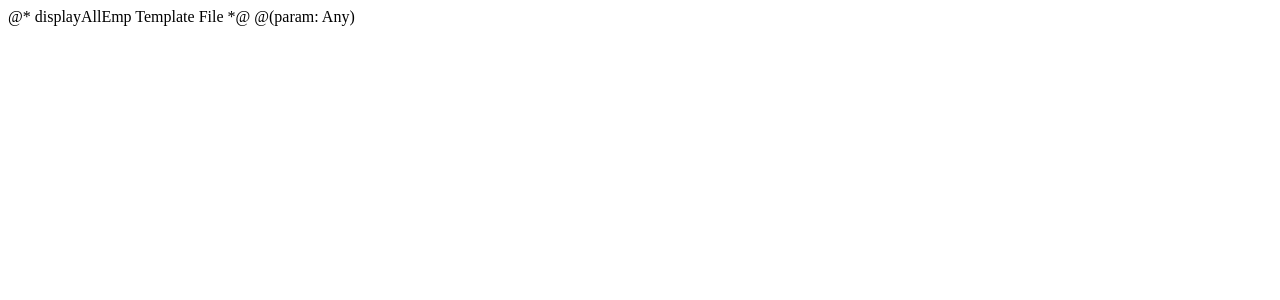
Repository: PoonamDeokar/SalesTool
Page: CrudDemo/app/views/displayAllEmp.scala.html
The author's editor kept a copy of each file at every save. The page is drawn from the files as they stood at one save, then again after the next save.
The browser window is 1280 px wide. The pictures show the whole page.

Above is the page before, as saved 2016-09-16 09:45:33.

### CrudDemo/app/views/displayAllEmp.scala.html
@* displayAllEmp Template File *@
@(param: Any)

After the next save:
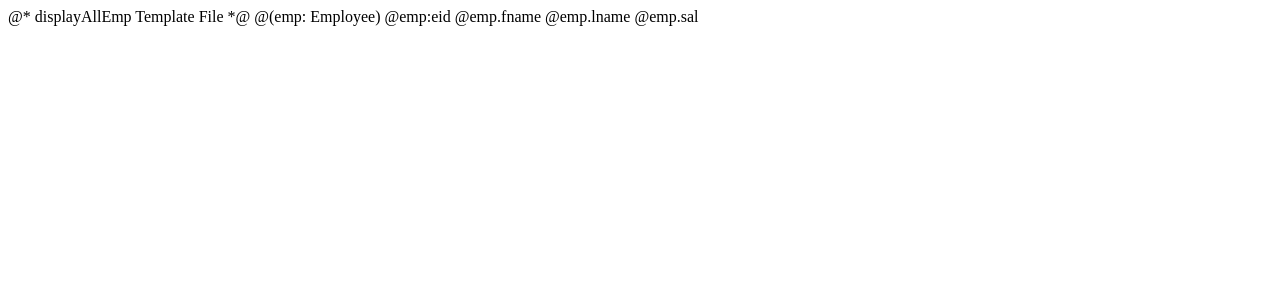
Saved 22 s later.
--- a/CrudDemo/app/views/displayAllEmp.scala.html
+++ b/CrudDemo/app/views/displayAllEmp.scala.html
@@ -1,2 +1,6 @@
 @* displayAllEmp Template File *@
-@(param: Any)
+@(emp: Employee)
+@emp:eid
+@emp.fname
+@emp.lname
+@emp.sal
